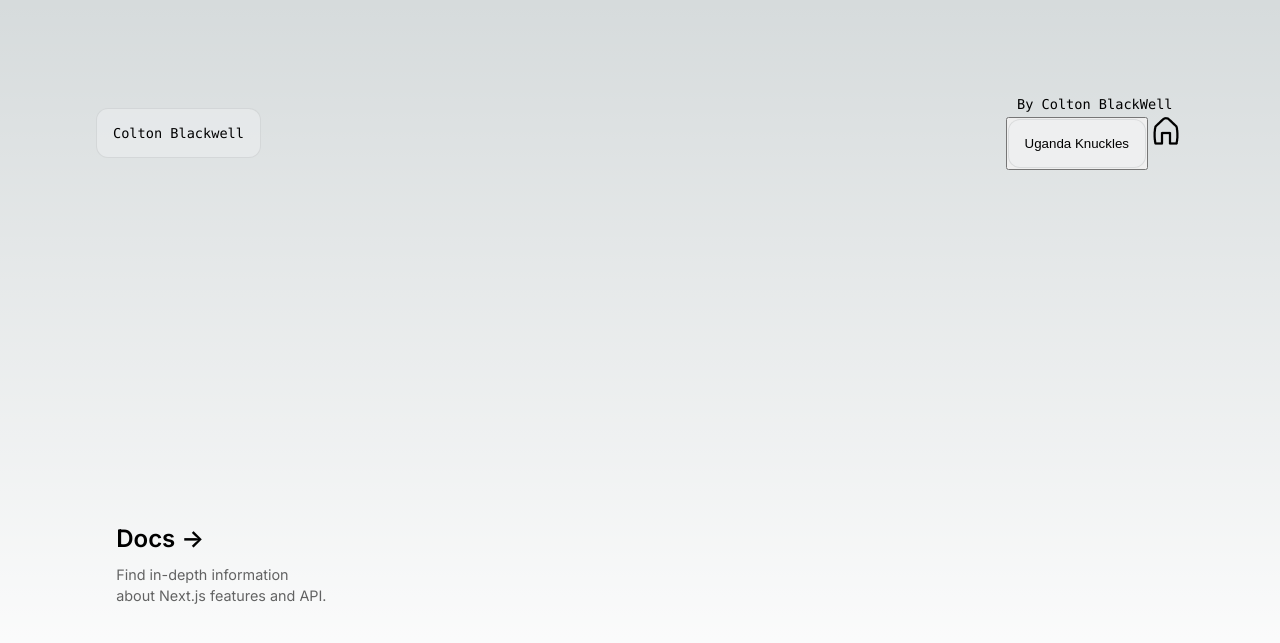
Repository: coltonBlackwell/Music_Quiz
Page: /
These files come from the project's save history. The page is drawn as it stood at one moment and after the next save; the edit follows.
The browser window is 1280 px wide. The pictures show the whole page.
The project was rebuilt for these pictures with package versions that can differ from the ones it lists, and the page was loaded fresh each time. The framework's server and built-in components were replaced by stand-ins that run in the browser. Also part of the build but not shown: next.config.mjs.

Above is the page before, as saved 2024-06-30 14:26:34.

After the next save:
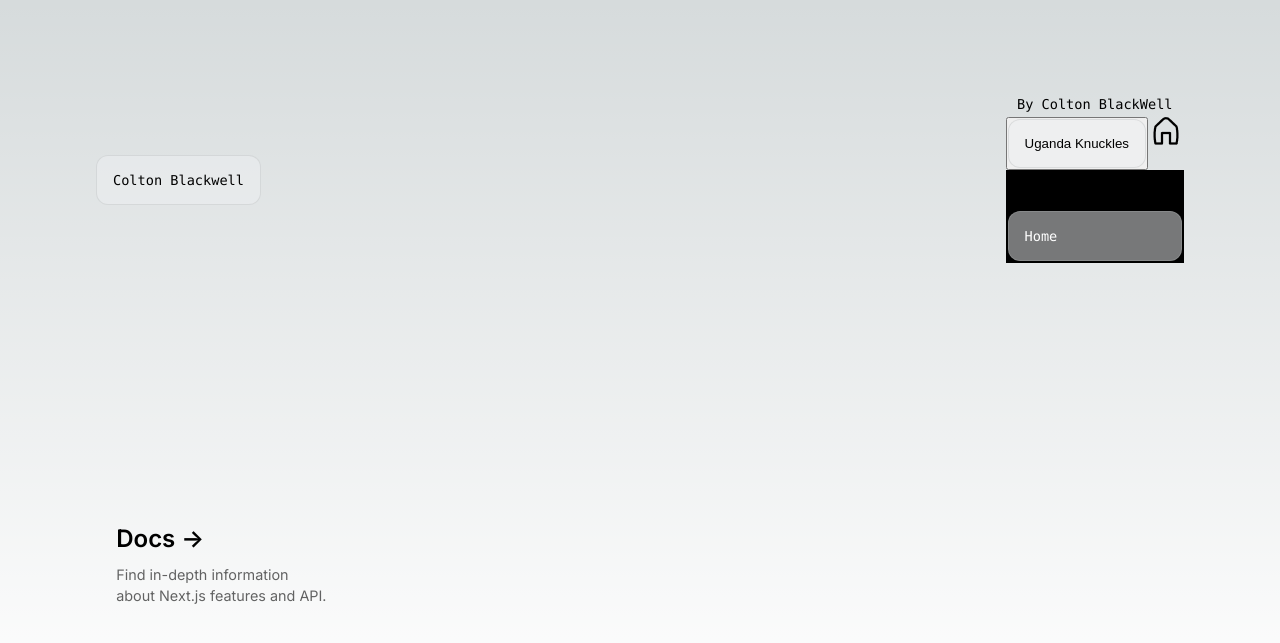
Saved 10 s later.
--- a/src/app/page.tsx
+++ b/src/app/page.tsx
@@ -21,6 +21,7 @@ export default function Home() {
           </a>
           <Retake/>
           <HomeIcon/>
+          <HomeIconNav/>
         </div>
       </div>
 
